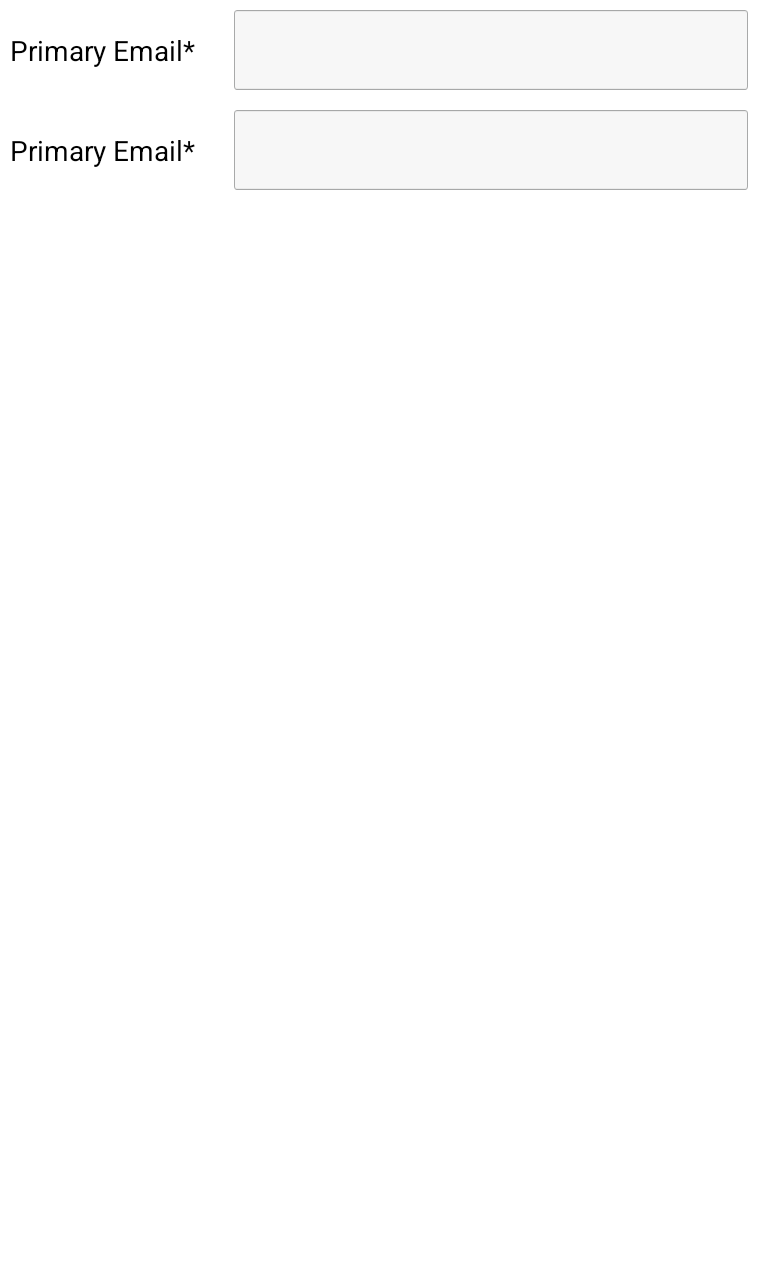
Repository: pankajk7/hotel_mockup
Layout: Hotel_MockUp/res/layout/login_layout.xml
The author's editor kept a copy of each file at every save. The layout is drawn from the files as they stood at one save, then again after the next save.
It is drawn on a 768 x 1280 px phone screen (xhdpi) without system bars, with theme AppTheme; the app's code is not run.

Above is the layout before, as saved 2014-11-03 09:33:02.

### Hotel_MockUp/res/layout/login_layout.xml
<?xml version="1.0" encoding="utf-8"?>
<LinearLayout xmlns:android="http://schemas.android.com/apk/res/android"
    android:layout_width="fill_parent"
    android:layout_height="fill_parent"
    android:orientation="vertical" >

     <LinearLayout
                android:layout_width="match_parent"
                android:layout_height="wrap_content"
                android:layout_margin="5dp"
                android:orientation="horizontal" >

                <TextView
                    android:layout_width="match_parent"
                    android:layout_height="match_parent"
                    android:layout_weight="2.5"
                    style="@style/textviewstyle"
                    android:gravity="center_vertical|left"
                    android:text="@string/primaryEmail"
                    android:textSize="14dp" />

                <EditText
                    android:id="@+id/edittext_login_email"
                    android:layout_width="match_parent"
                    android:layout_height="40dp"
                    style="@style/edittextstyle"
                    android:layout_marginLeft="5dp"
                    android:layout_marginRight="5dp"
                    android:layout_weight="1"
                    android:inputType="textEmailAddress"
                    android:singleLine="true" />
            </LinearLayout>

      <LinearLayout
                android:layout_width="match_parent"
                android:layout_height="wrap_content"
                android:layout_margin="5dp"
                android:orientation="horizontal" >

                <TextView
                    android:layout_width="match_parent"
                    android:layout_height="match_parent"
                    android:layout_weight="2.5"
                    style="@style/textviewstyle"
                    android:gravity="center_vertical|left"
                    android:text="@string/primaryEmail"
                    android:textSize="14dp" />

                <EditText
                    android:id="@+id/edittext_login_password"
                    android:layout_width="match_parent"
                    android:layout_height="40dp"
                    style="@style/edittextstyle"
                    android:layout_marginLeft="5dp"
                    android:layout_marginRight="5dp"
                    android:layout_weight="1"
                    android:inputType="textPassword"
                    android:singleLine="true" />
            </LinearLayout>

 </LinearLayout>

### Hotel_MockUp/res/values/styles.xml
<resources xmlns:android="http://schemas.android.com/apk/res/android">

    <!--
        Base application theme, dependent on API level. This theme is replaced
        by AppBaseTheme from res/values-vXX/styles.xml on newer devices.
    -->
    <style name="AppBaseTheme" parent="@android:style/Theme.Holo.Light">
        <!--
            Theme customizations available in newer API levels can go in
            res/values-vXX/styles.xml, while customizations related to
            backward-compatibility can go here.
        -->
    </style>

    <!-- Application theme. -->
    <style name="AppTheme" parent="@android:style/Theme.Holo.Light">
        <!-- All customizations that are NOT specific to a particular API-level can go here. -->
    </style>

    <style name="edittextstyle" parent="AppBaseTheme">
        <item name="android:background">@drawable/edittext_background</item>
        <item name="android:textColor">#000</item>
        <item name="android:padding">5dp</item>
    </style>

    <style name="textviewstyle" parent="AppBaseTheme">
        <item name="android:textColor">#000</item>
    </style>

</resources>

### Hotel_MockUp/res/values/strings.xml
<?xml version="1.0" encoding="utf-8"?>
<resources>

    <string name="app_name">Hotel_MockUp</string>
    <string name="hello_world">Hello world!</string>
    <string name="title_activity_base">BaseActivity</string>
    <string name="steps">Steps %1$d of 4</string>
    <string name="primaryEmail">Primary Email*</string>
    <string name="name">Name*</string>
    <string name="zipcode">ZipCode*</string>
    <string name="city">City*</string>
    <string name="address">Address*</string>
    <string name="map">Map</string>
    <string name="landmark1">LandMark 1*</string>
    <string name="landmark2">LandMark 2</string>
    <string name="website">Website</string>
    <string name="checkin">Check in Time</string>
    <string name="checkout">Check out Time</string>
    <string name="cutoff">Cut off Time</string>
    <string name="sameday">Same Day</string>
    <string name="days">Days</string>
    <string name="totalroom">Total no. of rooms</string>
    <string name="facilities">Select Facilities</string>
    <string name="Description">Description</string>
    <string name="twitterlink">Twitter Link</string>
    <string name="facebooklink">Facebook Link</string>
    <string name="title_activity_information">InformationActivity</string>
    <string name="primary_contact_information">Primary Contact Information</string>
    <string name="primary_landline">Landline No.</string>
    <string name="primary_mobile">Mobile No.</string>
    <string name="primary_email">Email</string>
    <string name="billing_landline">LandLine No.</string>
    <string name="billing_mobile">Mobile No.</string>
    <string name="billing_email">mobile</string>
    <string name="owner_landline">LandLine No.</string>
    <string name="owner_mobile">Mobile No.</string>
    <string name="owner_email">mobile</string>
    <string name="billing_contact_information">Billing Contact Information</string>
    <string name="owner_contact_information">Owner Contact Information</string>
    <string name="title_activity_image">ImageActivity</string>
    <string name="title_activity_cancellation_policy">CancellationPolicyActivity</string>

    <string-array name="Days">
        <item>Day of arrival (Check in time)</item>
        <item>day 1</item>
        <item>day 2</item>
        <item>day 3</item>
        <item>day 7</item>
        <item>day 14</item>
    </string-array>
    <string-array name="Condition">
        <item>of the first night</item>
        <item>of the full stay</item>
    </string-array>

    <string name="title_activity_login">LoginActivity</string>

</resources>

### Hotel_MockUp/res/values-v11/styles.xml
<resources>

    <!--
        Base application theme for API 11+. This theme completely replaces
        AppBaseTheme from res/values/styles.xml on API 11+ devices.
    -->
    <style name="AppBaseTheme" parent="">
        <!-- API 11 theme customizations can go here. -->
    </style>

</resources>

### Hotel_MockUp/res/values-v14/styles.xml
<resources>

    <!--
        Base application theme for API 14+. This theme completely replaces
        AppBaseTheme from BOTH res/values/styles.xml and
        res/values-v11/styles.xml on API 14+ devices.
    -->
    <style name="AppBaseTheme" parent="">
        <!-- API 14 theme customizations can go here. -->
    </style>

</resources>

After the next save:
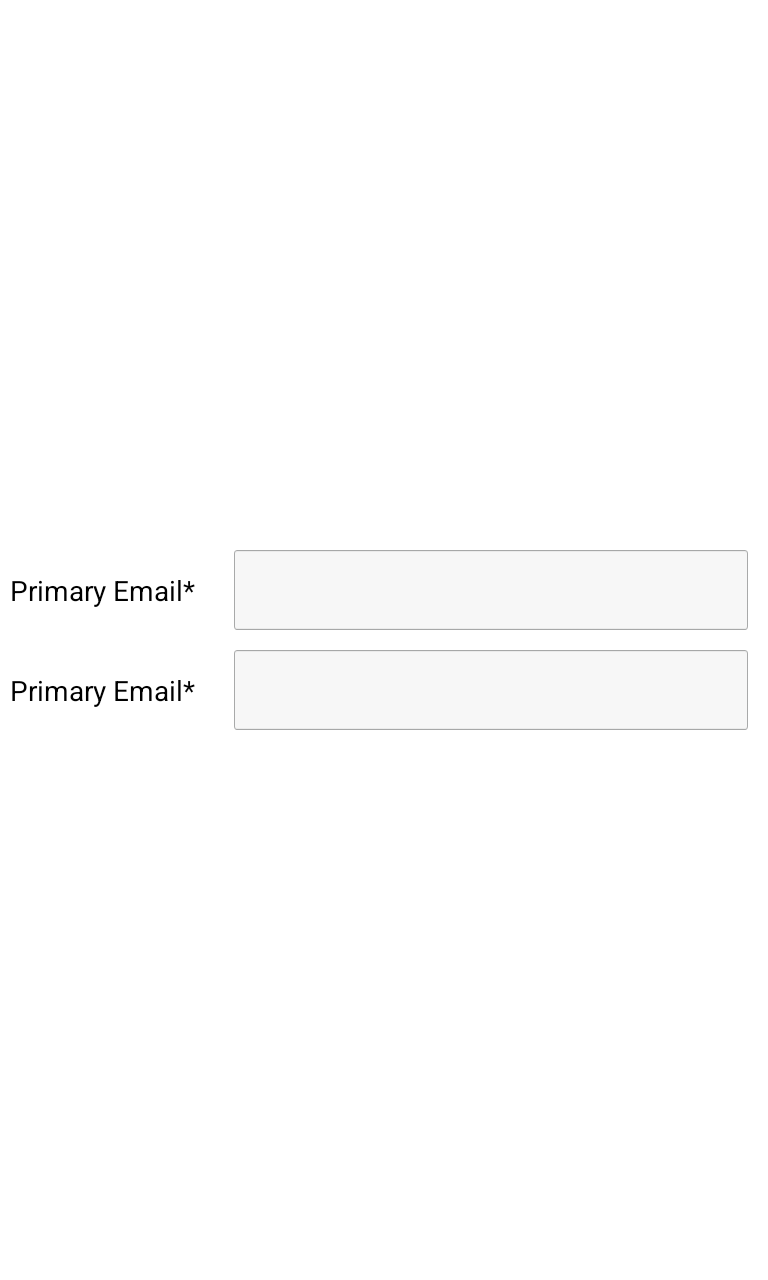
Saved 13 s later.
--- a/Hotel_MockUp/res/layout/login_layout.xml
+++ b/Hotel_MockUp/res/layout/login_layout.xml
@@ -2,7 +2,8 @@
 <LinearLayout xmlns:android="http://schemas.android.com/apk/res/android"
     android:layout_width="fill_parent"
     android:layout_height="fill_parent"
-    android:orientation="vertical" >
+    android:orientation="vertical"
+    android:gravity="center">
 
      <LinearLayout
                 android:layout_width="match_parent"
